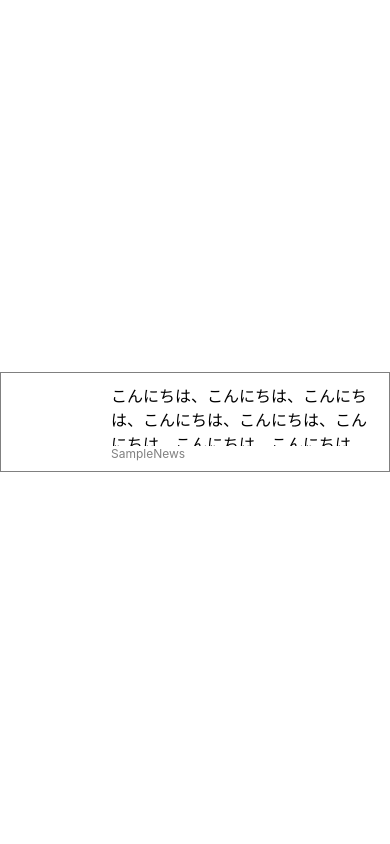
Repository: kawamoto0429/udemy_news
Screen: /
The author's editor kept a copy of each file at every save. The screen is drawn from the files as they stood at one save, then again after the next save.
The app was drawn by React Native's web renderer in a window 390 px wide. The project was rebuilt for these pictures with package versions that can differ from the ones it lists, and the page was loaded fresh each time.

Above is the screen before, as saved 2022-03-02 21:35:08.

After the next save:
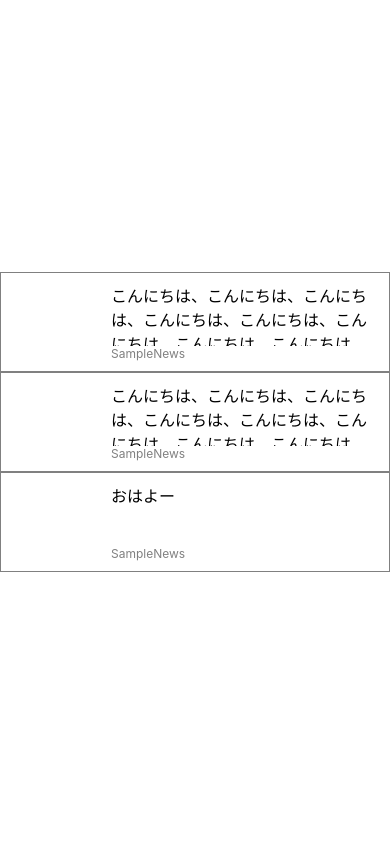
Saved 92 s later.
--- a/App.js
+++ b/App.js
@@ -46,6 +46,16 @@
         imageUrl="https://picsum.photos/200/300"
         title="こんにちは、こんにちは、こんにちは、こんにちは、こんにちは、こんにちは、こんにちは、こんにちは、こんにちは、こんにちは、こんにちは、こんにちは、こんにちは、こんにちは、こんにちは、こんにちは、こんにちは、こんにちは、"
       />
+      <ListItem
+        author="SampleNews"
+        imageUrl="https://picsum.photos/200/300"
+        title="こんにちは、こんにちは、こんにちは、こんにちは、こんにちは、こんにちは、こんにちは、こんにちは、こんにちは、こんにちは、こんにちは、こんにちは、こんにちは、こんにちは、こんにちは、こんにちは、こんにちは、こんにちは、"
+      />
+      <ListItem
+        author="SampleNews"
+        imageUrl="https://picsum.photos/200/300"
+        title="おはよー"
+      />
     </View>
   );
 }

After the save that followed:
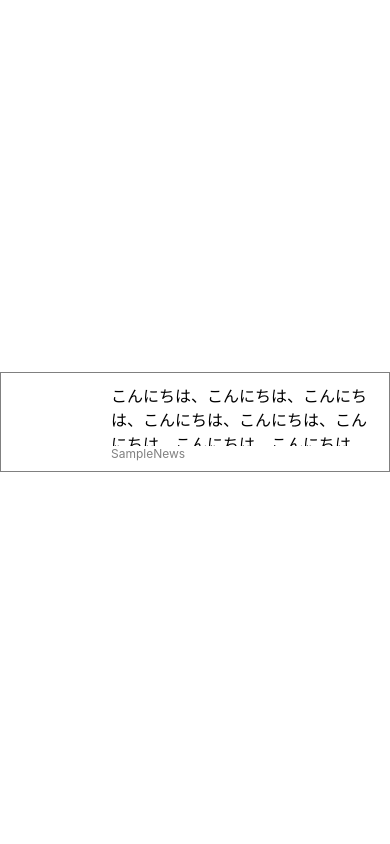
Saved 41 s later.
--- a/App.js
+++ b/App.js
@@ -46,16 +46,7 @@
         imageUrl="https://picsum.photos/200/300"
         title="こんにちは、こんにちは、こんにちは、こんにちは、こんにちは、こんにちは、こんにちは、こんにちは、こんにちは、こんにちは、こんにちは、こんにちは、こんにちは、こんにちは、こんにちは、こんにちは、こんにちは、こんにちは、"
       />
-      <ListItem
-        author="SampleNews"
-        imageUrl="https://picsum.photos/200/300"
-        title="こんにちは、こんにちは、こんにちは、こんにちは、こんにちは、こんにちは、こんにちは、こんにちは、こんにちは、こんにちは、こんにちは、こんにちは、こんにちは、こんにちは、こんにちは、こんにちは、こんにちは、こんにちは、"
-      />
-      <ListItem
-        author="SampleNews"
-        imageUrl="https://picsum.photos/200/300"
-        title="おはよー"
-      />
+
     </View>
   );
 }
